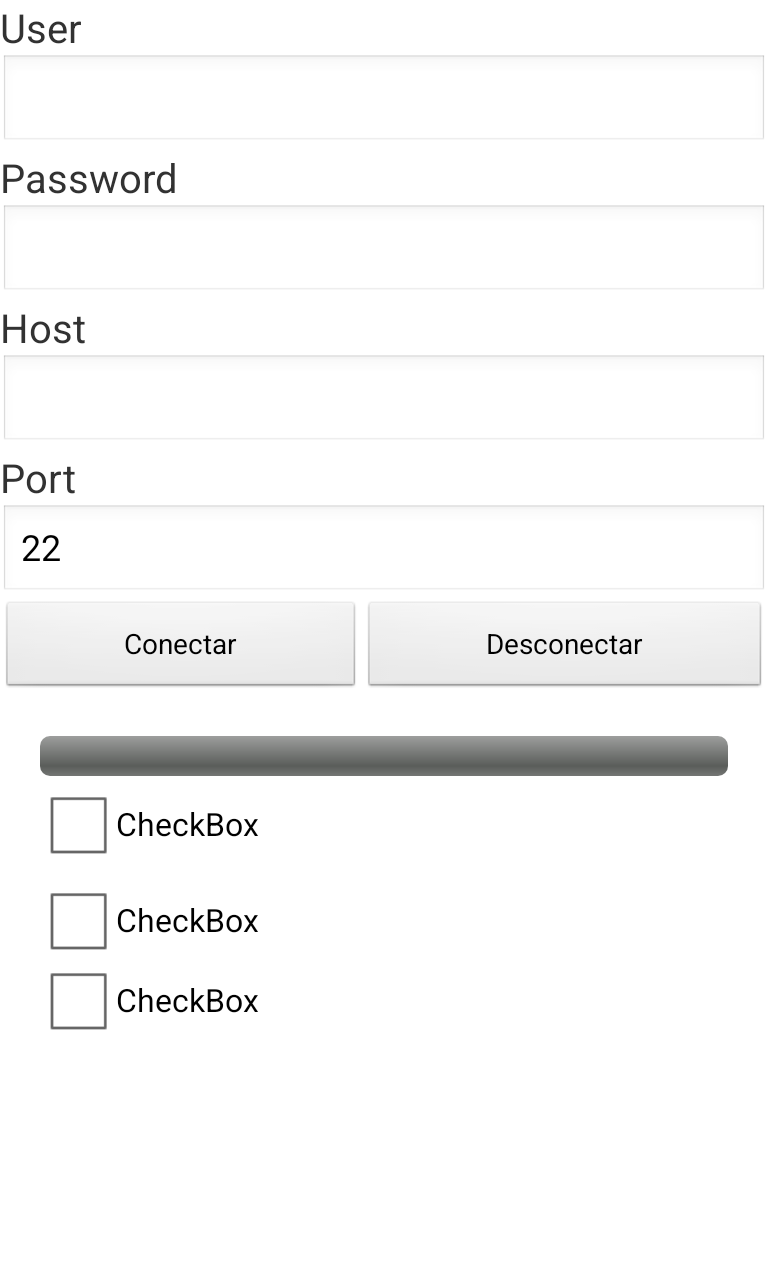
Repository: jonatansantos/Android-Server-Status
Layout: desarrollo/ModuloSSH/res/layout/pestanamainmanual.xml
These files come from the project's save history. The layout is drawn as it stood at one moment and after the next save; the edit follows.
It is drawn on a 768 x 1280 px phone screen (xhdpi) without system bars, with theme android:Theme.Light; the app's code is not run.

Above is the layout before, as saved 2012-03-21 18:40:22.

### desarrollo/ModuloSSH/res/layout/pestanamainmanual.xml
<?xml version="1.0" encoding="utf-8"?>
<ScrollView xmlns:android="http://schemas.android.com/apk/res/android"
    android:layout_width="match_parent"
    android:layout_height="match_parent" >

    <LinearLayout
        android:layout_width="match_parent"
        android:layout_height="match_parent"
        android:orientation="vertical" >

        <TextView
            android:id="@+id/tvUser"
            android:layout_width="wrap_content"
            android:layout_height="wrap_content"
            android:text="User"
            android:textSize="20dp" />

        <EditText
            android:id="@+id/etUser"
            android:layout_width="match_parent"
            android:layout_height="wrap_content" >
        </EditText>

        <TextView
            android:id="@+id/tvPass"
            android:layout_width="wrap_content"
            android:layout_height="wrap_content"
            android:text="Password"
            android:textSize="20dp" />

        <EditText
            android:id="@+id/etPass"
            android:layout_width="match_parent"
            android:layout_height="wrap_content"
            android:inputType="textPassword" />

        <TextView
            android:id="@+id/tvHost"
            android:layout_width="wrap_content"
            android:layout_height="wrap_content"
            android:text="Host"
            android:textSize="20dp" />

        <EditText
            android:id="@+id/etHost"
            android:layout_width="match_parent"
            android:layout_height="wrap_content" />

        <TextView
            android:id="@+id/tvPort"
            android:layout_width="wrap_content"
            android:layout_height="wrap_content"
            android:text="Port"
            android:textSize="20dp" />

        <EditText
            android:id="@+id/etPort"
            android:layout_width="match_parent"
            android:layout_height="wrap_content"
            android:text="@string/puerto" />

        <LinearLayout
            android:id="@+id/linearLayout1"
            android:layout_width="match_parent"
            android:layout_height="wrap_content"
            android:orientation="horizontal"
            android:weightSum="100" >

            <Button
                android:id="@+id/btConnect"
                android:layout_width="wrap_content"
                android:layout_height="wrap_content"
                android:layout_weight="50"
                android:text="@string/conectar" />

            <Button
                android:id="@+id/btDesConectar"
                android:layout_width="wrap_content"
                android:layout_height="wrap_content"
                android:layout_weight="50"
                android:text="@string/desconectar" />
        </LinearLayout>


        <ViewSwitcher
            android:id="@+id/switcher"
            android:layout_width="match_parent"
            android:layout_height="wrap_content"
            android:layout_margin="20dp" >

            <LinearLayout
                android:id="@+id/linearLayout2"
                android:layout_width="match_parent"
                android:layout_height="148dp"
                android:orientation="vertical" >

                <ProgressBar
                    android:id="@+id/progressBar1"
                    style="?android:attr/progressBarStyleHorizontal"
                    android:layout_width="match_parent"
                    android:layout_height="wrap_content" />



                <CheckBox
                    android:id="@+id/checkBox1"
                    android:layout_width="wrap_content"
                    android:layout_height="wrap_content"
                    android:editable="false"
                    android:text="CheckBox" />

                <CheckBox
                    android:id="@+id/checkBox2"
                    android:layout_width="wrap_content"
                    android:layout_height="wrap_content"
                    android:text="CheckBox" />

                <CheckBox
                    android:id="@+id/checkBox3"
                    android:layout_width="wrap_content"
                    android:layout_height="wrap_content"
                    android:text="CheckBox" />

            </LinearLayout>
        </ViewSwitcher>

        <!-- <ViewSwitcher -->
        <!-- android:id="@+id/vSwicher" -->
        <!-- android:layout_width="match_parent" -->
        <!-- android:layout_height="181dp" > -->


        <!-- <ImageView -->
        <!-- android:id="@+id/imageView1" -->
        <!-- android:layout_width="match_parent" -->
        <!-- android:layout_height="match_parent" -->
        <!-- android:layout_weight="4.48" -->
        <!-- android:src="@android:drawable/ic_delete" /> -->


        <!-- <LinearLayout -->
        <!-- android:id="@+id/lyaout1" -->
        <!-- android:layout_width="match_parent" -->
        <!-- android:layout_height="match_parent" -->
        <!-- android:orientation="vertical" > -->


        <!-- <LinearLayout -->
        <!-- android:id="@+id/layaout2" -->
        <!-- android:layout_width="match_parent" -->
        <!-- android:layout_height="wrap_content" > -->


        <!-- <EditText -->
        <!-- android:id="@+id/etCmd" -->
        <!-- android:layout_width="wrap_content" -->
        <!-- android:layout_height="wrap_content" -->
        <!-- android:layout_weight="4.48" /> -->


        <!-- <ImageButton -->
        <!-- android:id="@+id/btrun" -->
        <!-- android:layout_width="wrap_content" -->
        <!-- android:layout_height="wrap_content" -->
        <!-- android:layout_weight="1" -->
        <!-- android:src="@android:drawable/ic_media_play" /> -->
        <!-- </LinearLayout> -->


        <!-- <EditText -->
        <!-- android:id="@+id/etResult" -->
        <!-- android:layout_width="match_parent" -->
        <!-- android:layout_height="wrap_content" -->
        <!-- android:layout_weight="1" -->
        <!-- android:editable="false" -->
        <!-- android:gravity="fill_vertical|top" -->
        <!-- android:inputType="textMultiLine" /> -->
        <!-- </LinearLayout> -->
        <!-- </ViewSwitcher> -->
    </LinearLayout>

</ScrollView>

### desarrollo/ModuloSSH/res/values/strings.xml
<?xml version="1.0" encoding="utf-8"?>
<resources>

    <string name="hello">Hello World, ModuloSSHActivity!</string>
    <string name="app_name">ModuloSSH</string>
    <string name="puerto">22</string>
    <string name="conectar">Conectar</string>
    <string name="desconectar">Desconectar</string>

</resources>

After the next save:
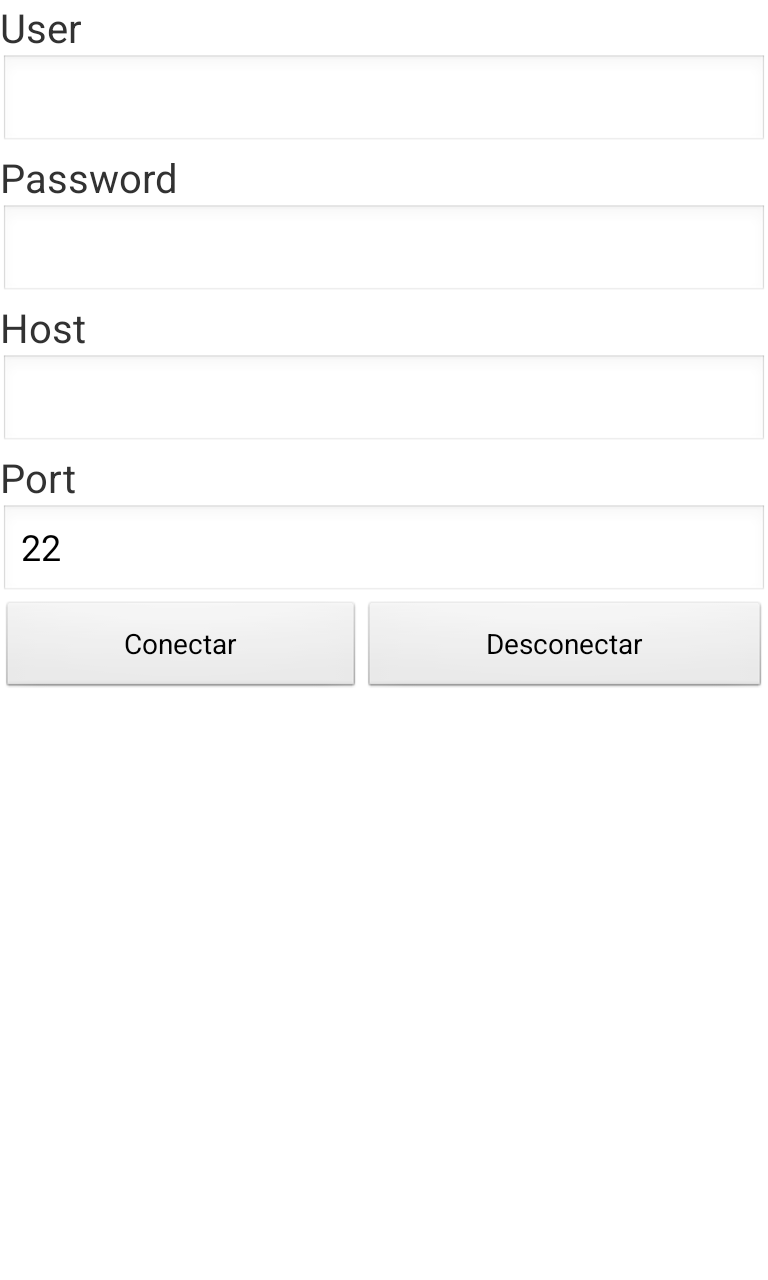
Saved 59 s later.
--- a/desarrollo/ModuloSSH/res/layout/pestanamainmanual.xml
+++ b/desarrollo/ModuloSSH/res/layout/pestanamainmanual.xml
@@ -81,49 +81,6 @@
                 android:text="@string/desconectar" />
         </LinearLayout>
 
-
-        <ViewSwitcher
-            android:id="@+id/switcher"
-            android:layout_width="match_parent"
-            android:layout_height="wrap_content"
-            android:layout_margin="20dp" >
-
-            <LinearLayout
-                android:id="@+id/linearLayout2"
-                android:layout_width="match_parent"
-                android:layout_height="148dp"
-                android:orientation="vertical" >
-
-                <ProgressBar
-                    android:id="@+id/progressBar1"
-                    style="?android:attr/progressBarStyleHorizontal"
-                    android:layout_width="match_parent"
-                    android:layout_height="wrap_content" />
-
-
-
-                <CheckBox
-                    android:id="@+id/checkBox1"
-                    android:layout_width="wrap_content"
-                    android:layout_height="wrap_content"
-                    android:editable="false"
-                    android:text="CheckBox" />
-
-                <CheckBox
-                    android:id="@+id/checkBox2"
-                    android:layout_width="wrap_content"
-                    android:layout_height="wrap_content"
-                    android:text="CheckBox" />
-
-                <CheckBox
-                    android:id="@+id/checkBox3"
-                    android:layout_width="wrap_content"
-                    android:layout_height="wrap_content"
-                    android:text="CheckBox" />
-
-            </LinearLayout>
-        </ViewSwitcher>
-
         <!-- <ViewSwitcher -->
         <!-- android:id="@+id/vSwicher" -->
         <!-- android:layout_width="match_parent" -->

After the save that followed:
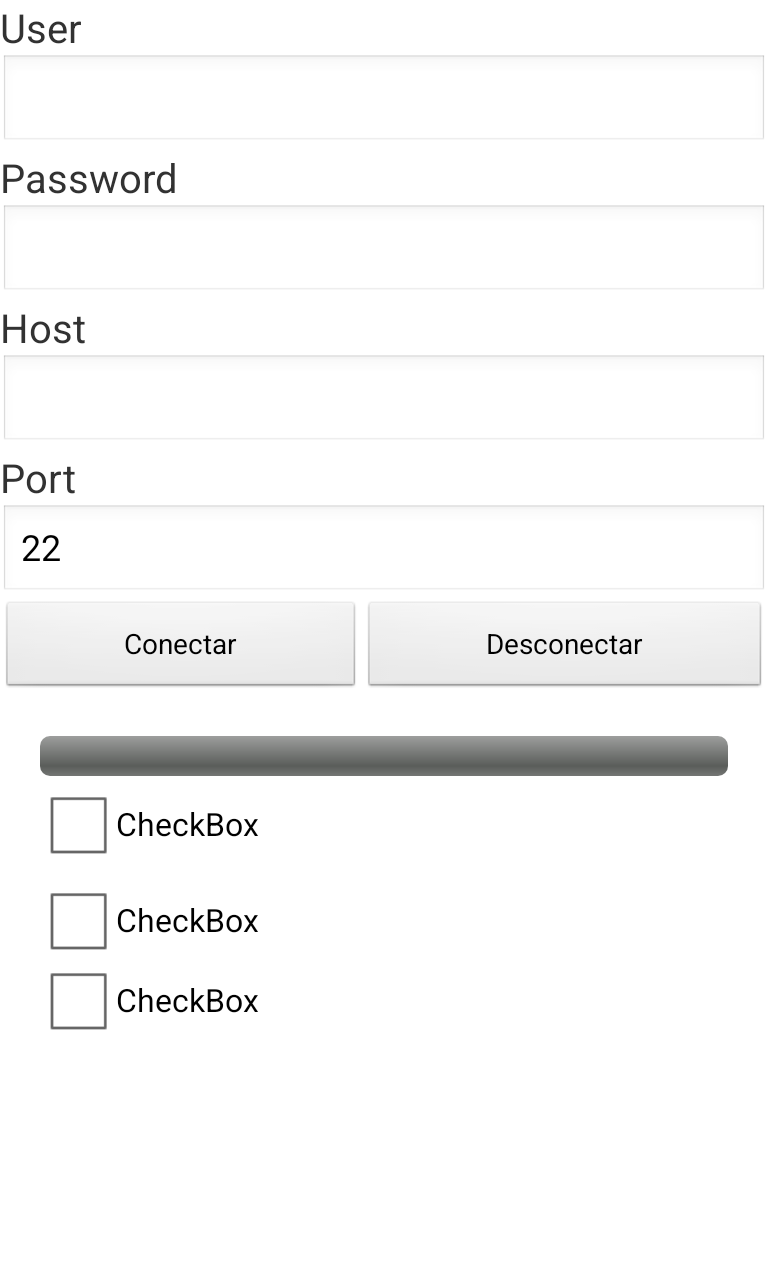
Saved 82 s later.
--- a/desarrollo/ModuloSSH/res/layout/pestanamainmanual.xml
+++ b/desarrollo/ModuloSSH/res/layout/pestanamainmanual.xml
@@ -81,6 +81,49 @@
                 android:text="@string/desconectar" />
         </LinearLayout>
 
+
+        <ViewSwitcher
+            android:id="@+id/switcher"
+            android:layout_width="match_parent"
+            android:layout_height="wrap_content"
+            android:layout_margin="20dp" >
+
+            <LinearLayout
+                android:id="@+id/linearLayout2"
+                android:layout_width="match_parent"
+                android:layout_height="148dp"
+                android:orientation="vertical" >
+
+                <ProgressBar
+                    android:id="@+id/progressBar1"
+                    style="?android:attr/progressBarStyleHorizontal"
+                    android:layout_width="match_parent"
+                    android:layout_height="wrap_content" />
+
+
+
+                <CheckBox
+                    android:id="@+id/checkBox1"
+                    android:layout_width="wrap_content"
+                    android:layout_height="wrap_content"
+                    android:editable="false"
+                    android:text="CheckBox" />
+
+                <CheckBox
+                    android:id="@+id/checkBox2"
+                    android:layout_width="wrap_content"
+                    android:layout_height="wrap_content"
+                    android:text="CheckBox" />
+
+                <CheckBox
+                    android:id="@+id/checkBox3"
+                    android:layout_width="wrap_content"
+                    android:layout_height="wrap_content"
+                    android:text="CheckBox" />
+
+            </LinearLayout>
+        </ViewSwitcher>
+
         <!-- <ViewSwitcher -->
         <!-- android:id="@+id/vSwicher" -->
         <!-- android:layout_width="match_parent" -->
